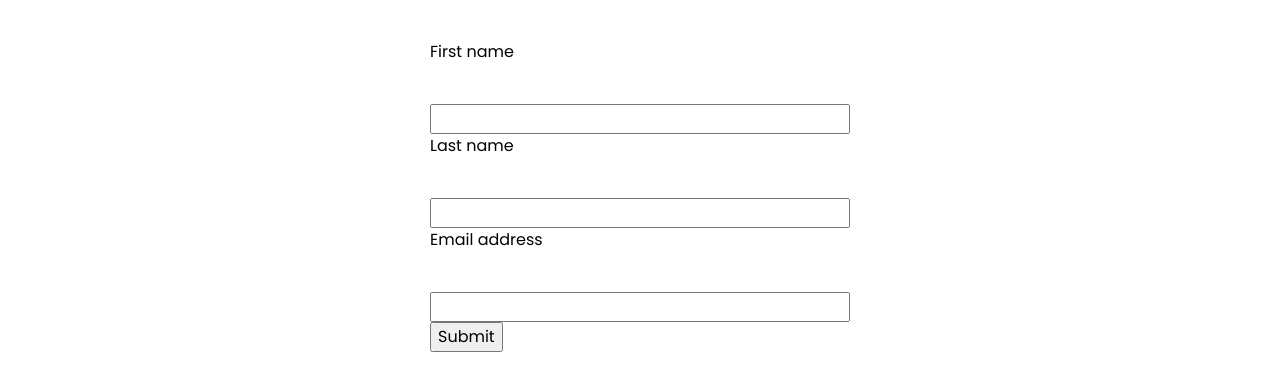
Repository: hoang0508/ReactJsDevWork
Page: /
An editor plug-in stored every save of this project. The page is shown before and after the next save, followed by the edit.
The browser window is 1280 px wide. The pictures show the whole page.
The project was rebuilt for these pictures with package versions that can differ from the ones it lists, and the page was loaded fresh each time.

Above is the page before, as saved 2022-02-13 14:53:23.

### src/index.scss
body {
  margin: 0;
  font-family: "Poppins", sans-serif;
  font-size: 16px;
  -webkit-font-smoothing: antialiased;
  -moz-osx-font-smoothing: grayscale;
}

code {
  font-family: source-code-pro, Menlo, Monaco, Consolas, "Courier New",
    monospace;
}

### src/App.js
import "./App.scss";
import Form from "./components/Form/Form";
// import YoutubeSearch from "./components/YTBSearch/YoutubeSearch";
// import Product from "./components/Product/Product";
// import Button from "./components/Button/Button";
// import Food from "./components/FoodApi/Food";

function App() {
  return (
    <>
      {/* <div>Hello</div> */}
      {/* <Food /> */}
      {/* <Button /> */}
      {/* <Product /> */}
      {/* <YoutubeSearch /> */}
      <Form />
    </>
  );
}

export default App;

### src/App.scss
@import url("https://fonts.googleapis.com/css2?family=Poppins:ital,wght@0,300;0,400;0,500;0,600;0,700;1,600&family=Red+Hat+Display:wght@300;400;500;600;700&display=swap");
*,
*::before,
*::after {
  box-sizing: border-box;
}
body,
h1,
h2,
h3,
h4,
h5,
h6,
p,
figure,
picture {
  margin: 0;
}
body {
  min-height: 100vh;
  line-height: 1.5;
}
input,
button,
select,
textarea {
  font: inherit;
}
img,
picture {
  display: block;
  max-width: 100%;
}
/* remove animation for people who've turned them off */
@media (prefers-reduced-motion: reduce) {
  *,
  *::before,
  *::after {
    animation-duration: 0.01ms !important;
    animation-iteration-count: 1 !important;
    transition-duration: 0.01ms !important;
    scroll-behavior: auto !important;
  }
}

// body {
//   background: #eb3349; /* fallback for old browsers */
//   background: -webkit-linear-gradient(
//     to right,
//     #f45c43,
//     #eb3349
//   ); /* Chrome 10-25, Safari 5.1-6 */
//   background: linear-gradient(
//     to right,
//     #f45c43,
//     #eb3349
//   ); /* W3C, IE 10+/ Edge, Firefox 16+, Chrome 26+, Opera 12+, Safari 7+ */
// }

// body {
//   background-color: #181818;
// }

### src/components/Form/Form.js
import React from "react";
import "./Form.scss";
const Form = () => {
  return (
    <form className="form">
      <div className="form-group">
        <label htmlFor="firstName" className="form-label">
          First name
        </label>
        <input
          className="form-input"
          type="text"
          name="firstName"
          id="firstName"
        />
      </div>
      <div className="form-group">
        <label htmlFor="lastName" className="form-label">
          Last name
        </label>
        <input
          className="form-input"
          type="text"
          name="lastName"
          id="lastName"
        />
      </div>
      <div className="form-group">
        <label htmlFor="email" className="form-label">
          Email address
        </label>
        <input className="form-input" type="email" name="email" id="email" />
      </div>
      <button className="form-btn">Submit</button>
    </form>
  );
};

export default Form;

### src/components/Form/Form.scss
.form {
  padding: 40px;
  max-width: 500px;
  width: 100%;
  margin: 0 auto;
  &-group {
    display: flex;
    flex-direction: column;
    gap: 40px;
  }
}

Loaded but not shown: public/index.html (common file); src/index.js (common file); src/reportWebVitals.js (common file)

After the next save:
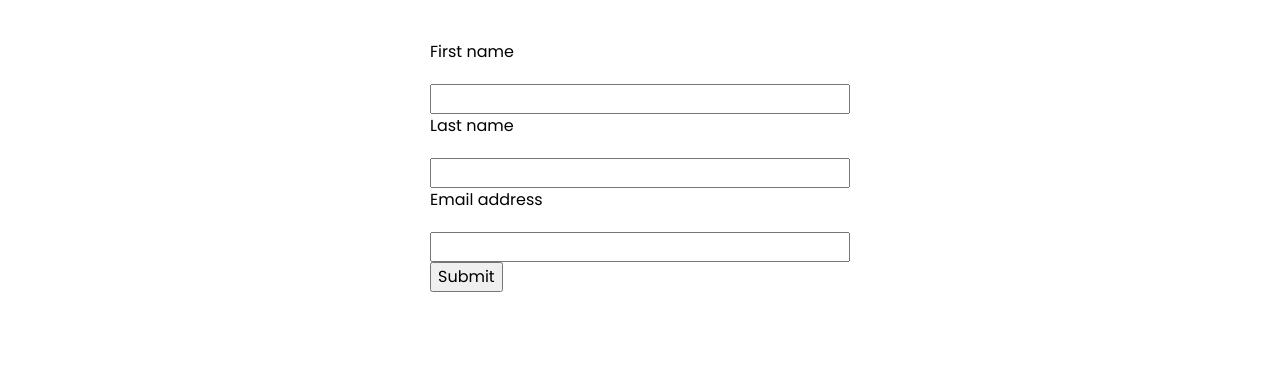
Saved 5 s later.
--- a/src/components/Form/Form.scss
+++ b/src/components/Form/Form.scss
@@ -6,6 +6,6 @@
   &-group {
     display: flex;
     flex-direction: column;
-    gap: 40px;
+    gap: 20px;
   }
 }
